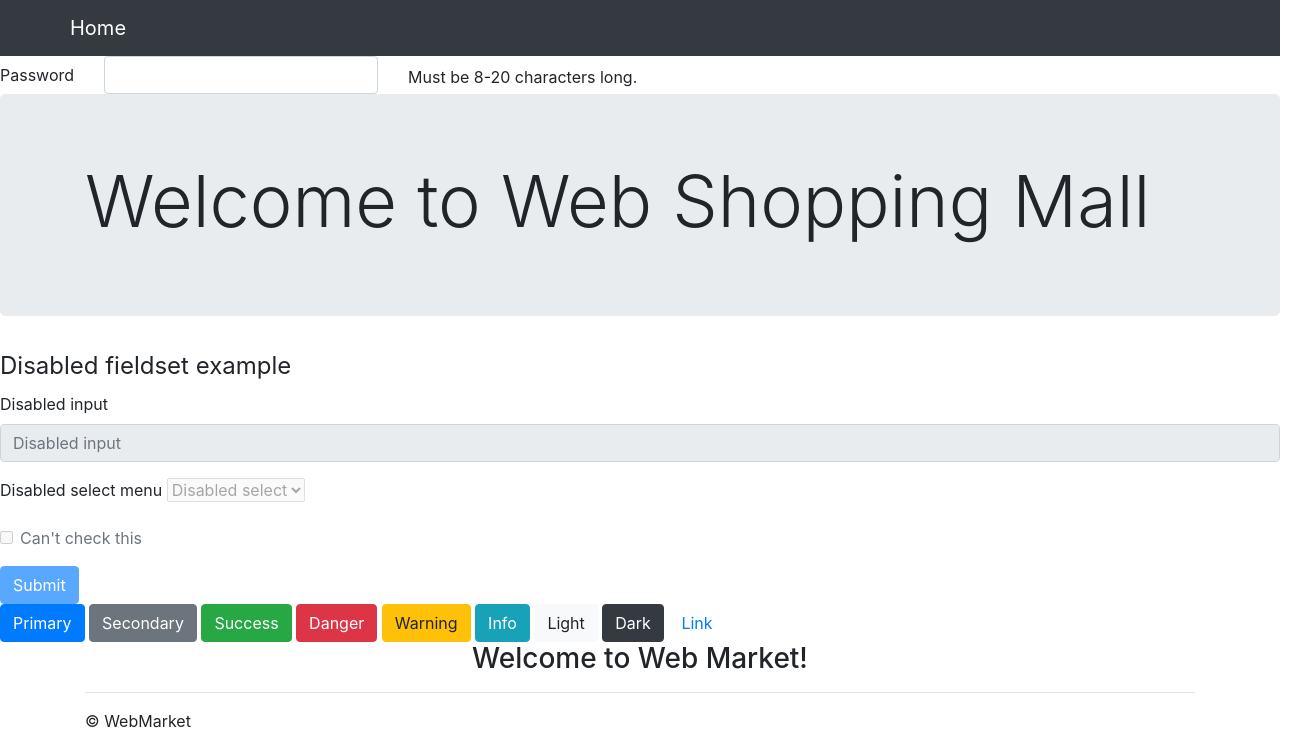
Repository: hodob/JSP_Practice
Page: http://localhost/JSP_WebMarket_JJH/ch02_ex/welcome.jsp
An editor plug-in stored every save of this project. The page is shown before and after the next save, followed by the edit.
The browser window is 1280 px wide. The page is 1295 px wide, so the pictures cover 1295 px, including what lies to the right of the window. The pictures show the whole page.
The page is served by Tomcat 9. Other server files are loaded and not shown.

Above is the page before, as saved 2022-08-05 06:34:15.

### JSP_WebMarket_JJH/WebContent/ch02_ex/welcome.jsp
<%@ page language="java" contentType="text/html; charset=UTF-8"
	pageEncoding="UTF-8"%>
<!DOCTYPE html>
<html>
<head>
<meta charset="UTF-8">
 <link rel="stylesheet"
	href="https://maxcdn.bootstrapcdn.com/bootstrap/4.0.0/css/bootstrap.min.css">
	<!-- CSS only -->
<!-- <link href="https://cdn.jsdelivr.net/npm/bootstrap@5.2.0/dist/css/bootstrap.min.css" rel="stylesheet" integrity="sha384-gH2yIJqKdNHPEq0n4Mqa/HGKIhSkIHeL5AyhkYV8i59U5AR6csBvApHHNl/vI1Bx" crossorigin="anonymous"> -->
<title>Welcome</title>
</head>
<body>
	<nav class="navbar navbar-expand  navbar-dark bg-dark">
		<div class="container">
			<div class="navbar-header">
				<a class="navbar-brand" href="./welcome.jsp">Home</a>
			</div>
		</div>
	</nav>
	<%!String greeting = "Welcome to Web Shopping Mall";
	String tagline = "Welcome to Web Market!";%>
	<!--bootstrap start -->
	<div class="row g-3 align-items-center">
		<div class="col-auto">
			<label for="inputPassword6" class="col-form-label">Password</label>
		</div>
		<div class="col-auto">
			<input type="password" id="inputPassword6" class="form-control"
				aria-describedby="passwordHelpInline">
		</div>
		<div class="col-auto">
			<span id="passwordHelpInline" class="form-text"> Must be 8-20
				characters long. </span>
		</div>
	</div>
	<!-- boot end -->
	<div class="jumbotron">
		<div class="container">
			<h1 class="display-3">
				<%=greeting%>
			</h1>
		</div>
	</div>
	<!-- boot strap start -->
	<form>
  <fieldset disabled>
    <legend>Disabled fieldset example</legend>
    <div class="mb-3">
      <label for="disabledTextInput" class="form-label">Disabled input</label>
      <input type="text" id="disabledTextInput" class="form-control" placeholder="Disabled input">
    </div>
    <div class="mb-3">
      <label for="disabledSelect" class="form-label">Disabled select menu</label>
      <select id="disabledSelect" class="form-select">
        <option>Disabled select</option>
      </select>
    </div>
    <div class="mb-3">
      <div class="form-check">
        <input class="form-check-input" type="checkbox" id="disabledFieldsetCheck" disabled>
        <label class="form-check-label" for="disabledFieldsetCheck">
          Can't check this
        </label>
      </div>
    </div>
    <button type="submit" class="btn btn-primary">Submit</button>
  </fieldset>
</form>
<button type="button" class="btn btn-primary">Primary</button>
<button type="button" class="btn btn-secondary">Secondary</button>
<button type="button" class="btn btn-success">Success</button>
<button type="button" class="btn btn-danger">Danger</button>
<button type="button" class="btn btn-warning">Warning</button>
<button type="button" class="btn btn-info">Info</button>
<button type="button" class="btn btn-light">Light</button>
<button type="button" class="btn btn-dark">Dark</button>

<button type="button" class="btn btn-link">Link</button>
	<!-- bootstrap end -->
	<div class="container">
		<div class="text-center">
			<h3>
				<%=tagline%>
			</h3>
		</div>
		<hr>
	</div>
	<footer class="container">
		<p>&copy; WebMarket</p>
	</footer>
</body>
</html>

After the next save:
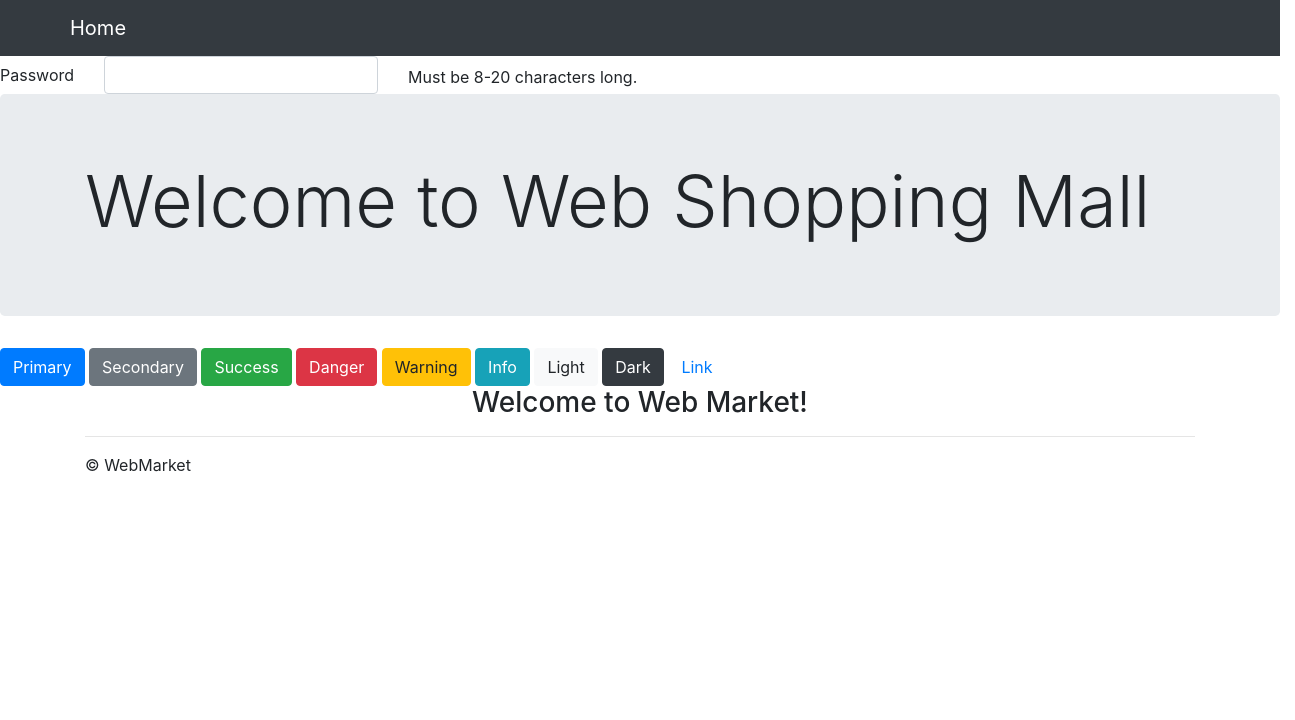
Saved 34 s later.
--- a/JSP_WebMarket_JJH/WebContent/ch02_ex/welcome.jsp
+++ b/JSP_WebMarket_JJH/WebContent/ch02_ex/welcome.jsp
@@ -43,30 +43,7 @@
 		</div>
 	</div>
 	<!-- boot strap start -->
-	<form>
-  <fieldset disabled>
-    <legend>Disabled fieldset example</legend>
-    <div class="mb-3">
-      <label for="disabledTextInput" class="form-label">Disabled input</label>
-      <input type="text" id="disabledTextInput" class="form-control" placeholder="Disabled input">
-    </div>
-    <div class="mb-3">
-      <label for="disabledSelect" class="form-label">Disabled select menu</label>
-      <select id="disabledSelect" class="form-select">
-        <option>Disabled select</option>
-      </select>
-    </div>
-    <div class="mb-3">
-      <div class="form-check">
-        <input class="form-check-input" type="checkbox" id="disabledFieldsetCheck" disabled>
-        <label class="form-check-label" for="disabledFieldsetCheck">
-          Can't check this
-        </label>
-      </div>
-    </div>
-    <button type="submit" class="btn btn-primary">Submit</button>
-  </fieldset>
-</form>
+
 <button type="button" class="btn btn-primary">Primary</button>
 <button type="button" class="btn btn-secondary">Secondary</button>
 <button type="button" class="btn btn-success">Success</button>
